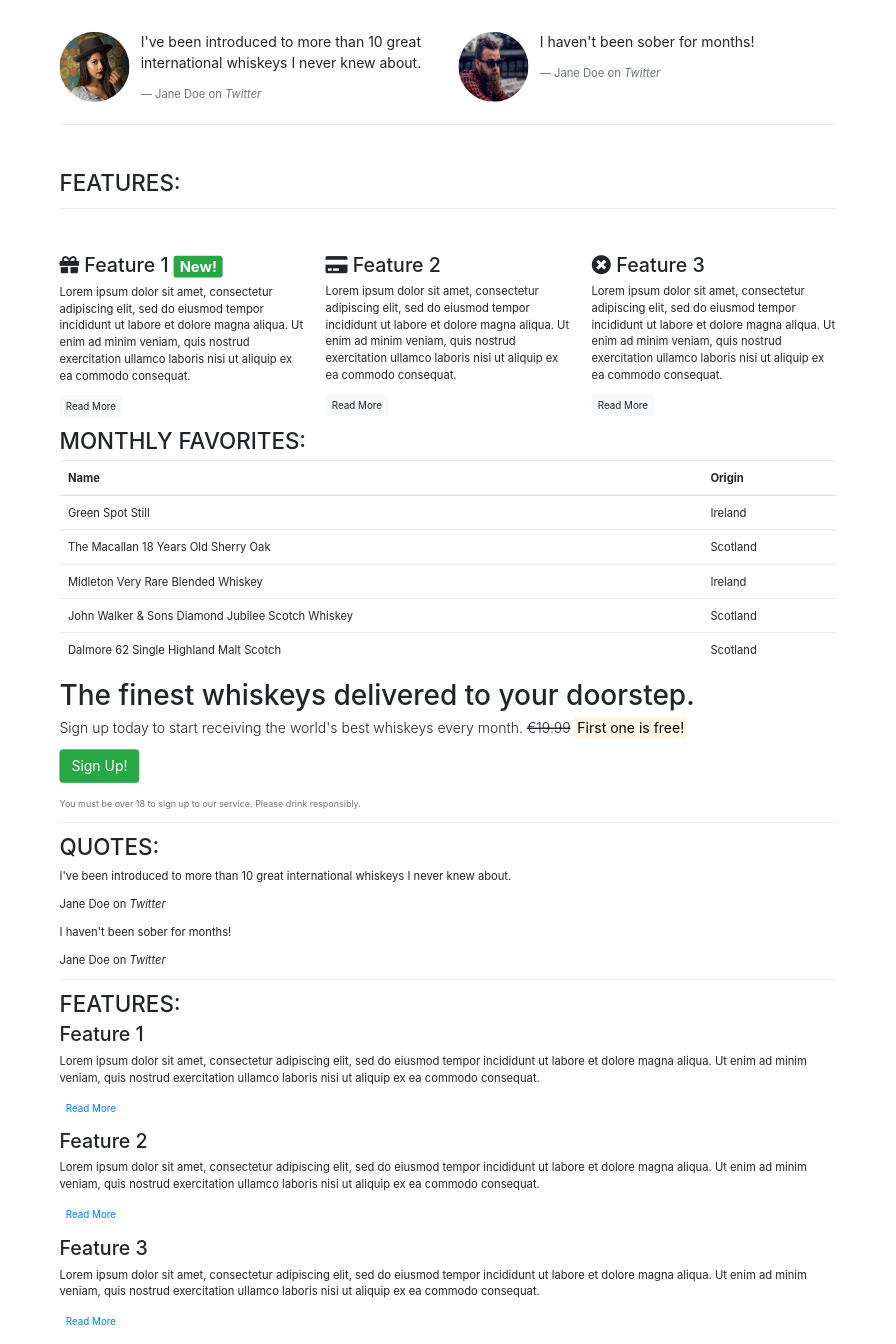
Repository: grisselfaura/BootstrappingYourNextBigIdea-BS4
Page: index.html
The author's editor kept a record of every edit. The page is drawn from the files as they stood at one moment, then again after the next edit.
The browser window is 1280 px wide. The pictures show the part of the page from y = 658 to 2578 px (the page is 2578 px tall before and 1627 px after), at 70% of full size.
Some web libraries are served in a nearby version.

Above is the page before.

### index.html
<!DOCTYPE html>
<html lang="en-us">

<head>
    <meta charset="utf-8">
    <meta name="viewport" content="width=device-width, initial-scale=1.0">
    <title>Whiskey Drop | Taste a new whiskey every month</title>
    <link rel="stylesheet" href="https://maxcdn.bootstrapcdn.com/bootstrap/4.1.3/css/bootstrap.min.css">
    <link rel="stylesheet" href="https://use.fontawesome.com/releases/v5.6.1/css/all.css" integrity="sha384-gfdkjb5BdAXd+lj+gudLWI+BXq4IuLW5IT+brZEZsLFm++aCMlF1V92rMkPaX4PP" crossorigin="anonymous">
</head>

<body>
    <!--Nav-->
    <nav class="navbar navbar-light navbar-expand-sm bg-light">
        <a href="/" class="navbar-brand">
                    Whiskey Drop</a>

        <button class="navbar-toggler ml-auto" type="button" data-toggle="collapse" data-target="#navbarNavDropdown" aria-controls="navbarNavDropdown" aria-expanded="false" aria-label="Toggle navigation">
        <span class="navbar-toggler-icon"></span></button>

        <div class="collapse navbar-collapse" id="navbarNavDropdown">
            <ul class="navbar-nav mr-auto">
                <li class="active nav-item mr-2"><a class="nav-link" href="/">Home</a></li>
                <li class="nav-item mr-2"><a class="nav-link" href="">About</a></li>
                <li class="nav-item dropdown">
                    <a class="nav-link dropdown-toggle" href="#" id="navbarDropdownMenuLink" role="button" data-toggle="dropdown" aria-haspopup="true" aria-expanded="false">
          Whiskeys
        </a>
                    <div class="dropdown-menu" aria-labelledby="navbarDropdownMenuLink">
                        <a class="dropdown-item" href="#">Irish</a>
                        <a class="dropdown-item" href="#">Scotch</a>
                        <a class="dropdown-item" href="#">Japanese</a>
                        <a class="dropdown-item" href="#">American</a>
                    </div>
                </li>

                <li class="nav-item mr-2 d-block d-sm-none"><a class="nav-link" href="">Sign In / Sign Up</a></li>
            </ul>
        </div>
        <div class="d-none d-md-block">
            <p class="navbar-text my-auto mr-2"><i>Great whiskey delivered to your door</i></p>
            <a href="/login">Sign In / Sign Up</a>
        </div>
        <!--</div>-->
    </nav>
    <article class="container mt-3">
        <div class="row d-none d-sm-block">
            <div class="col-12">
                <div class="alert alert-warning">
                    <strong>Sale Now On!</strong> We've got a sale on. Get a 12 month subscription for the price of 6! <a href="">See here for more details</a>
                </div>
            </div>
        </div>
        <!-- Callout -->
        <div class="row">
            <div class="col-12">
                <section class="callout jumbotron text-center">
                    <h1>The finest whiskeys delivered to your doorstep.</h1>
                    <p class="lead">Sign up today to start receiving the world's best whiskeys every month.
                        <s class="d-none d-sm-inline">€19.99</s>
                        <span class="d-inline d-sm-none"><br></span>
                        <strong><mark>First one is free!</mark></strong></p>
                    <p><button class="btn btn-lg btn-success" data-toggle="modal" data-target="#signUpModal">Sign Up!</button></p>
                    <p class="text-muted"><small>You must be over 18 to sign up to our service. Please drink responsibly.</small></p>
                </section>
            </div>
        </div>
        <!-- /.callout -->
        <hr>
        <!-- Quotes -->
        <section class="quotes">
            <div class="row">
                <div class="col-12 my-5">
                    <h2 class="text-uppercase">Quotes:</h2>
                    <hr />
                </div>
            </div>
            <div class="row">
                <div class="col-12 col-md-6">
                    <div class="media">
                        <div class="d-none d-sm-block">
                            <img src="images/girl-image.png" class="rounded-circle mr-3" height=100 width=100>
                        </div>
                        <div class="media-body">
                            <blockquote class="blockquote">
                                <p>I've been introduced to more than 10 great international whiskeys I never knew about.</p>
                                <footer class="blockquote-footer">Jane Doe on <cite title="Twitter">Twitter</cite></footer>
                            </blockquote>
                        </div>
                    </div>
                </div>
                <div class="col-12 col-md-6">
                    <div class="media">
                        <div class="d-none d-sm-block">
                            <img src="images/guy-image.png" class="rounded-circle mr-3" height=100 width=100>
                        </div>
                        <div class="media-body">
                            <blockquote class="blockquote">
                                <p>I haven't been sober for months!</p>
                                <footer class="blockquote-footer">Jane Doe on <cite title="Twitter">Twitter</cite></footer>
                            </blockquote>
                        </div>
                    </div>
                </div>
            </div>
        </section>
        <!-- /.quotes -->
        <hr>
        <!-- Features -->
        <section class="features">
            <div class="row">
                <div class="col-12 my-5">
                    <h2 class="text-uppercase">Features:</h2>
                    <hr />
                </div>
            </div>
            <div class="row">
                <div class="col-12 col-md-6 col-lg-4">
                    <div class="feature">
                        <h3><i class="fas fa-gift d-none d-sm-inline"></i> Feature 1 <span class="badge badge-success">New!</span></h3>
                        <p>Lorem ipsum dolor sit amet, consectetur adipiscing elit, sed do eiusmod tempor incididunt ut labore et dolore magna aliqua. Ut enim ad minim veniam, quis nostrud exercitation ullamco laboris nisi ut aliquip ex ea commodo consequat.</p>
                        <p><a class="btn btn-sm btn-light" href="">Read More</a></p>
                    </div>
                </div>
                <div class="col-12 col-md-6 col-lg-4">
                    <div class="feature">
                        <h3><i class="fas fa-credit-card d-none d-sm-inline"></i> Feature 2</h3>
                        <p>Lorem ipsum dolor sit amet, consectetur adipiscing elit, sed do eiusmod tempor incididunt ut labore et dolore magna aliqua. Ut enim ad minim veniam, quis nostrud exercitation ullamco laboris nisi ut aliquip ex ea commodo consequat.</p>
                        <p><a class="btn btn-sm btn-light" href="">Read More</a></p>
                    </div>
                </div>
                <div class="col-12 d-md-none d-lg-block col-lg-4">
                    <div class="feature">
                        <h3><i class="fas fa-times-circle d-none d-sm-inline"></i> Feature 3</h3>
                        <p>Lorem ipsum dolor sit amet, consectetur adipiscing elit, sed do eiusmod tempor incididunt ut labore et dolore magna aliqua. Ut enim ad minim veniam, quis nostrud exercitation ullamco laboris nisi ut aliquip ex ea commodo consequat.</p>
                        <p><a class="btn btn-sm btn-light" href="">Read More</a></p>
                    </div>
                </div>
            </div>
        </section>
        <!-- /.features -->
        <section class="Monthly favorites">
             <h2 class="text-uppercase">Monthly favorites:</h2>
             <table class="table">
          <thead>
            <tr>
              <th scope="col">Name</th>
              <th scope="col">Origin</th>
            </tr>
          </thead>
          <tbody>
            <tr>
              <td>Green Spot Still</td>
              <td>Ireland</td>
            </tr>
            <tr>
              <td>The Macallan 18 Years Old Sherry Oak</td>
              <td>Scotland</td>
            </tr>
            <tr>
              <td>Midleton Very Rare Blended Whiskey</td>
              <td>Ireland</td>
             </tr>
            <tr>
              <td>John Walker & Sons Diamond Jubilee Scotch Whiskey</td>
              <td>Scotland</td>
             </tr>
              <tr>
              <td>Dalmore 62 Single Highland Malt Scotch</td>
              <td>Scotland</td>
             </tr>
          </tbody>
            </table>
        </section>
    </article>

    <div class="modal" tabindex="-1" role="dialog" id="signUpModal">
        <div class="modal-dialog" role="document">
            <div class="modal-content">
                <div class="modal-header">
                    <h5 class="modal-title">Sign Up To Whiskey Drop!</h5>
                    <button type="button" class="close" data-dismiss="modal" aria-label="Close">
          <span aria-hidden="true">&times;</span>
        </button>
                </div>
                <div class="modal-body">
                    <form>
                        <div class="form-group">
                            <label for="exampleInputEmail1">Email address</label>
                            <input type="email" class="form-control" id="exampleInputEmail1" aria-describedby="emailHelp" placeholder="Enter email">
                            <small id="emailHelp" class="form-text text-muted">We'll never share your email with anyone else.</small>
                        </div>
                        <div class="form-group">
                            <label for="password">Password</label>
                            <input type="password" class="form-control" id="password" placeholder="Password">
                        </div>
                        <div class="form-group">
                            <label for="repeatPassword">Repeat Password</label>
                            <input type="password" class="form-control" id="repeatPassword" placeholder="Repeat Password">
                        </div>
                        <button type="submit" class="btn btn-success">Submit</button>
                    </form>
                </div>
            </div>
        </div>
    </div>

    <script src="https://code.jquery.com/jquery-3.3.1.slim.min.js" integrity="sha384-q8i/X+965DzO0rT7abK41JStQIAqVgRVzpbzo5smXKp4YfRvH+8abtTE1Pi6jizo" crossorigin="anonymous"></script>
    <script src="https://cdnjs.cloudflare.com/ajax/libs/popper.js/1.14.3/umd/popper.min.js" integrity="sha384-ZMP7rVo3mIykV+2+9J3UJ46jBk0WLaUAdn689aCwoqbBJiSnjAK/l8WvCWPIPm49" crossorigin="anonymous"></script>
    <script src="https://stackpath.bootstrapcdn.com/bootstrap/4.1.3/js/bootstrap.min.js" integrity="sha384-ChfqqxuZUCnJSK3+MXmPNIyE6ZbWh2IMqE241rYiqJxyMiZ6OW/JmZQ5stwEULTy" crossorigin="anonymous"></script>
</body>

</html>


<body>
    <article class="container">
        <!-- Callout -->
        <section class="callout">
            <h1>The finest whiskeys delivered to your doorstep.</h1>
            <p class="lead">Sign up today to start receiving the world's best whiskeys every month. <s>€19.99</s> <strong><mark>First one is free!</mark></strong></p>
            <p><button class="btn btn-lg btn-success">Sign Up!</button></p>
            <p class="text-muted"><small>You must be over 18 to sign up to our service. Please drink responsibly.</small></p>
        </section>
        <!-- /.callout -->
        <hr>

        <!-- Quotes -->
        <section class="quotes">
            <h2 class="text-uppercase">Quotes:</h2>
            <blockquote class="quote">
                <p>I've been introduced to more than 10 great international whiskeys I never knew about.</p>
                <footer>Jane Doe on <cite title="Twitter">Twitter</cite></footer>
            </blockquote>
            <blockquote class="quote">
                <p>I haven't been sober for months!</p>
                <footer>Jane Doe on <cite title="Twitter">Twitter</cite></footer>
            </blockquote>
        </section>
        <!-- /.quotes -->
        <hr>

        <!-- Features -->
        <section class="features">
            <h2 class="text-uppercase">Features:</h2>
            <div class="feature">
                <h3>Feature 1</h3>
                <p>Lorem ipsum dolor sit amet, consectetur adipiscing elit, sed do eiusmod tempor incididunt ut labore et dolore magna aliqua. Ut enim ad minim veniam, quis nostrud exercitation ullamco laboris nisi ut aliquip ex ea commodo consequat.</p>
                <p><a class="btn btn-sm btn-default" href="">Read More</a></p>
            </div>
            <div class="feature">
                <h3>Feature 2</h3>
                <p>Lorem ipsum dolor sit amet, consectetur adipiscing elit, sed do eiusmod tempor incididunt ut labore et dolore magna aliqua. Ut enim ad minim veniam, quis nostrud exercitation ullamco laboris nisi ut aliquip ex ea commodo consequat.</p>
                <p><a class="btn btn-sm btn-default" href="">Read More</a></p>
            </div>
            <div class="feature">
                <h3>Feature 3</h3>
                <p>Lorem ipsum dolor sit amet, consectetur adipiscing elit, sed do eiusmod tempor incididunt ut labore et dolore magna aliqua. Ut enim ad minim veniam, quis nostrud exercitation ullamco laboris nisi ut aliquip ex ea commodo consequat.</p>
                <p><a class="btn btn-sm btn-default" href="">Read More</a></p>
            </div>
        </section>
        <!-- /.features -->

    </article>
</body>

</html>

After the next edit:
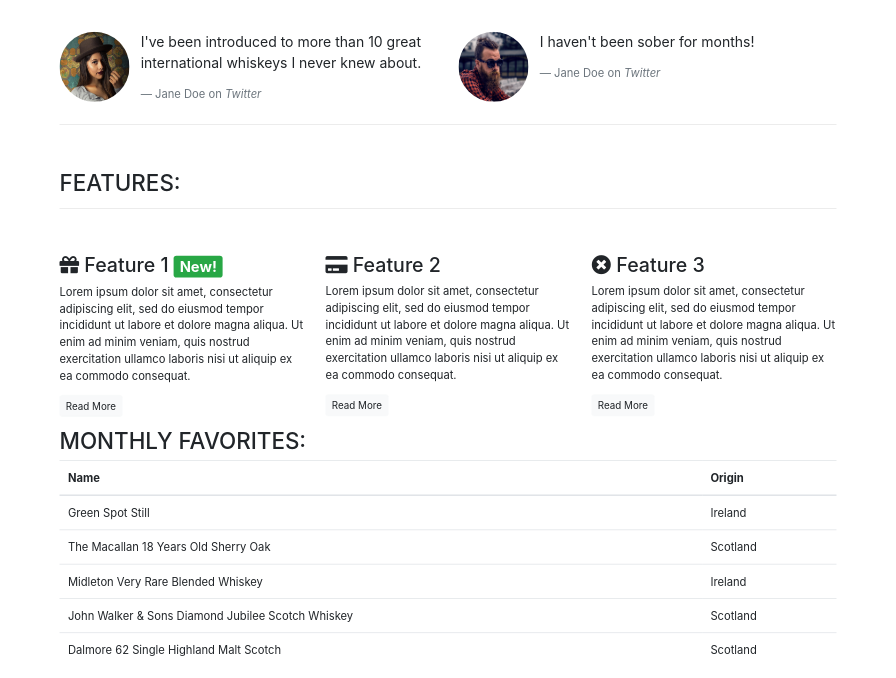
The edit:
--- a/index.html
+++ b/index.html
@@ -211,57 +211,3 @@
 </body>
 
 </html>
-
-
-<body>
-    <article class="container">
-        <!-- Callout -->
-        <section class="callout">
-            <h1>The finest whiskeys delivered to your doorstep.</h1>
-            <p class="lead">Sign up today to start receiving the world's best whiskeys every month. <s>€19.99</s> <strong><mark>First one is free!</mark></strong></p>
-            <p><button class="btn btn-lg btn-success">Sign Up!</button></p>
-            <p class="text-muted"><small>You must be over 18 to sign up to our service. Please drink responsibly.</small></p>
-        </section>
-        <!-- /.callout -->
-        <hr>
-
-        <!-- Quotes -->
-        <section class="quotes">
-            <h2 class="text-uppercase">Quotes:</h2>
-            <blockquote class="quote">
-                <p>I've been introduced to more than 10 great international whiskeys I never knew about.</p>
-                <footer>Jane Doe on <cite title="Twitter">Twitter</cite></footer>
-            </blockquote>
-            <blockquote class="quote">
-                <p>I haven't been sober for months!</p>
-                <footer>Jane Doe on <cite title="Twitter">Twitter</cite></footer>
-            </blockquote>
-        </section>
-        <!-- /.quotes -->
-        <hr>
-
-        <!-- Features -->
-        <section class="features">
-            <h2 class="text-uppercase">Features:</h2>
-            <div class="feature">
-                <h3>Feature 1</h3>
-                <p>Lorem ipsum dolor sit amet, consectetur adipiscing elit, sed do eiusmod tempor incididunt ut labore et dolore magna aliqua. Ut enim ad minim veniam, quis nostrud exercitation ullamco laboris nisi ut aliquip ex ea commodo consequat.</p>
-                <p><a class="btn btn-sm btn-default" href="">Read More</a></p>
-            </div>
-            <div class="feature">
-                <h3>Feature 2</h3>
-                <p>Lorem ipsum dolor sit amet, consectetur adipiscing elit, sed do eiusmod tempor incididunt ut labore et dolore magna aliqua. Ut enim ad minim veniam, quis nostrud exercitation ullamco laboris nisi ut aliquip ex ea commodo consequat.</p>
-                <p><a class="btn btn-sm btn-default" href="">Read More</a></p>
-            </div>
-            <div class="feature">
-                <h3>Feature 3</h3>
-                <p>Lorem ipsum dolor sit amet, consectetur adipiscing elit, sed do eiusmod tempor incididunt ut labore et dolore magna aliqua. Ut enim ad minim veniam, quis nostrud exercitation ullamco laboris nisi ut aliquip ex ea commodo consequat.</p>
-                <p><a class="btn btn-sm btn-default" href="">Read More</a></p>
-            </div>
-        </section>
-        <!-- /.features -->
-
-    </article>
-</body>
-
-</html>
